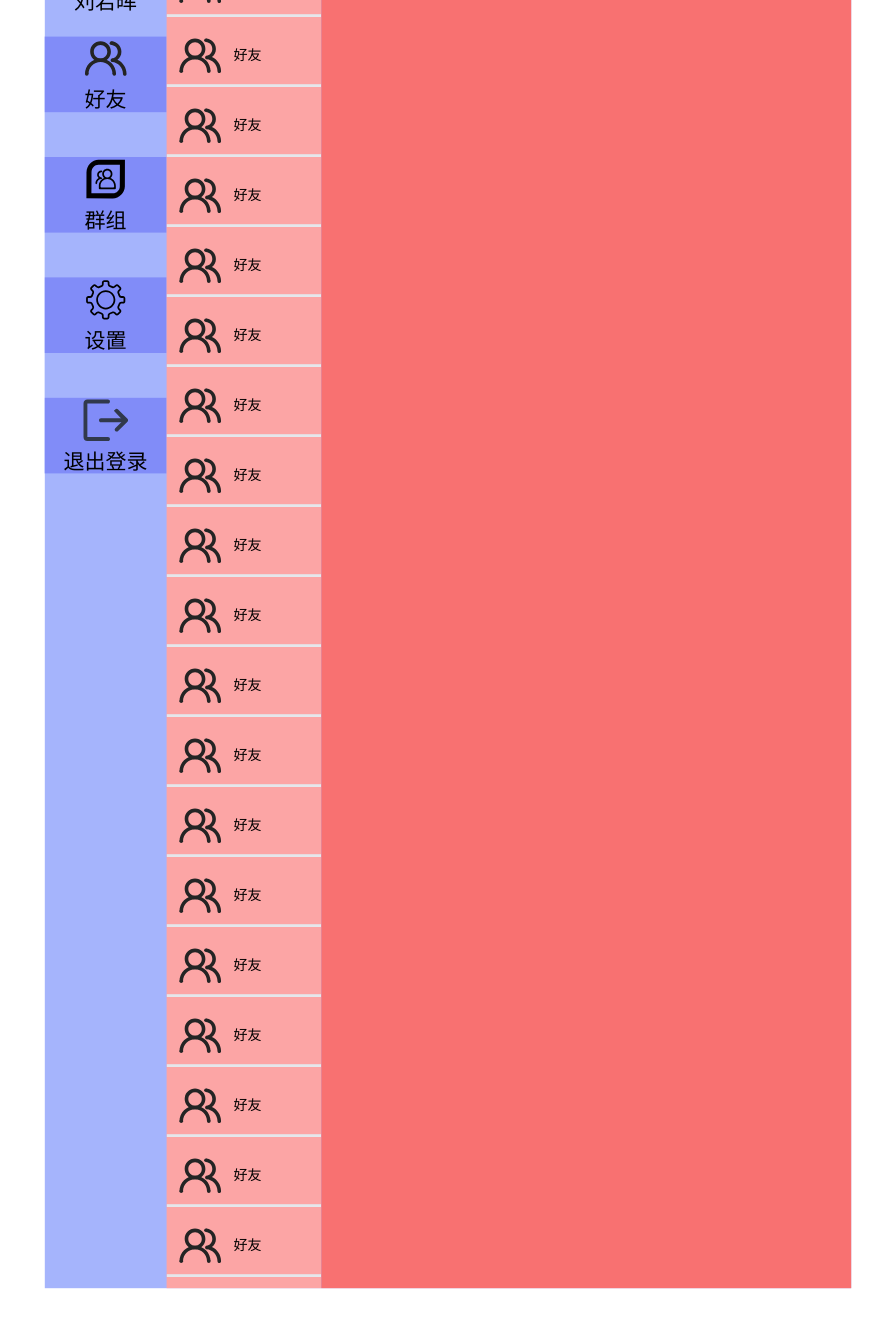
Repository: LiuRuohui/test_the_tailwindcss
Page: /
The author's editor kept a copy of each file at every save. The page is drawn from the files as they stood at one save, then again after the next save.
The browser window is 1280 px wide. The pictures show the part of the page from y = 976 to 2896 px (the page is 2896 px tall before and 1654 px after), at 70% of full size.
The project was rebuilt for these pictures with package versions that can differ from the ones it lists, and the page was loaded fresh each time. Also part of the build but not shown: vite.config.js, src/components/WelcomingPage.vue, src/components/HelloWorld.vue.

Above is the page before, as saved 2022-03-14 21:30:01.

After the next save:
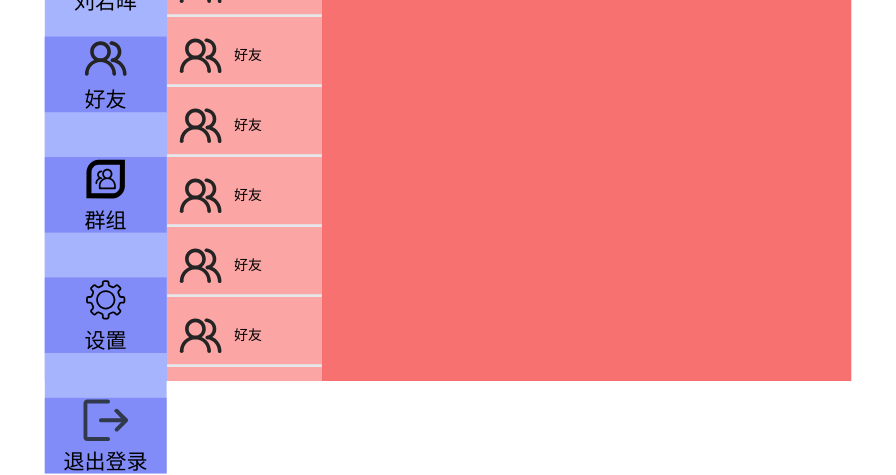
Saved 17 s later.
--- a/src/App.vue
+++ b/src/App.vue
@@ -16,7 +16,7 @@ import MainPage from "./components/MainPage.vue";
 <ForgetPasswd class="page"></ForgetPasswd>
 <UpdateInformation class="page"></UpdateInformation>  -->
 <ShowInformation class="page"></ShowInformation>
-<MainPage></MainPage>
+<MainPage class="page"></MainPage>
 
 </template>
 
